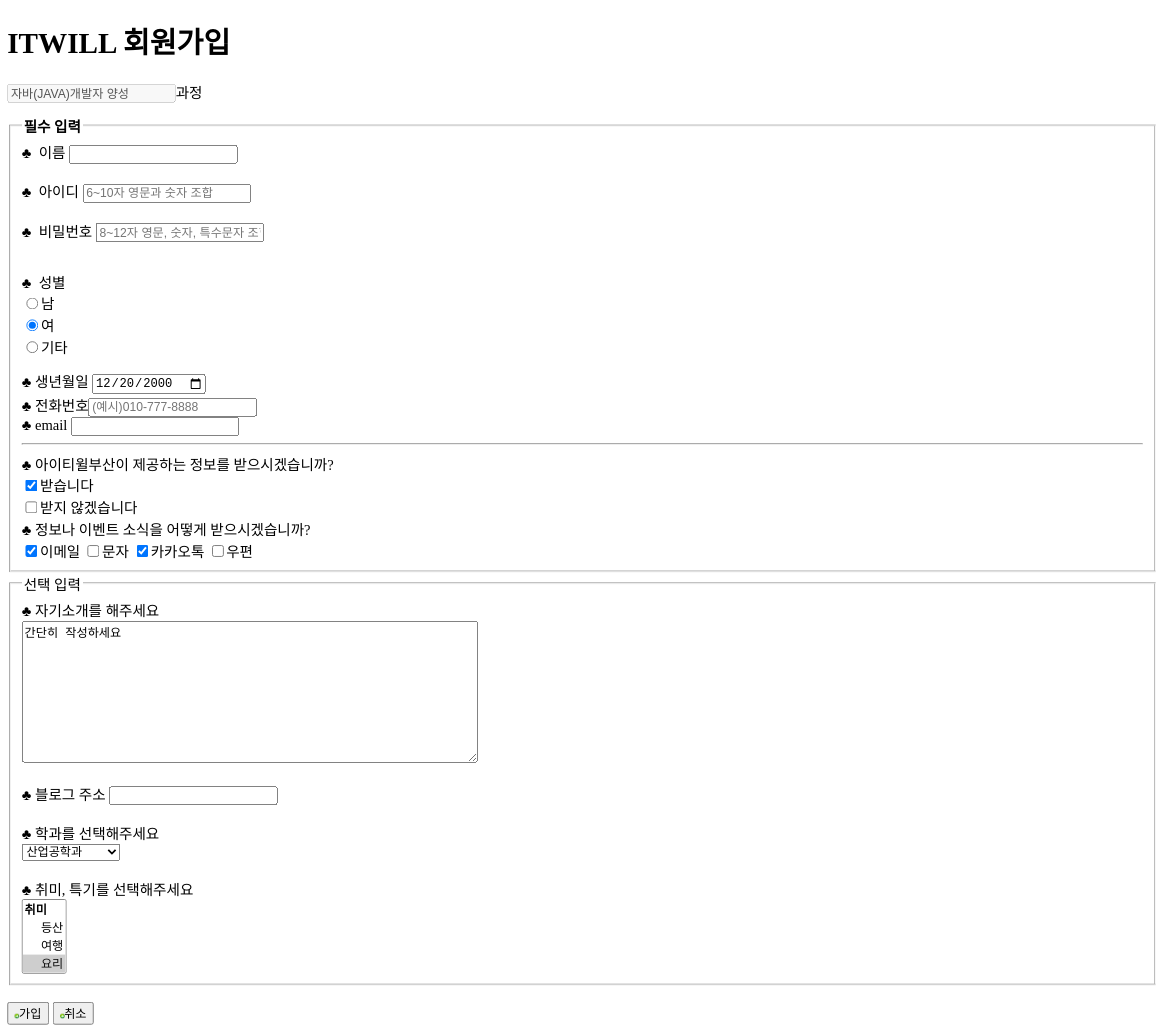
Repository: ReadStar/Web
Page: Html/html5/WebContent/form-test.html
An editor plug-in stored every save of this project. The page is shown before and after a run of saves, followed by the edit.
The browser window is 1280 px wide. The pictures show the whole page, at 91% of full size.

Above is the page before, as saved 2020-08-13 12:21:30.

After the next 2 saves:
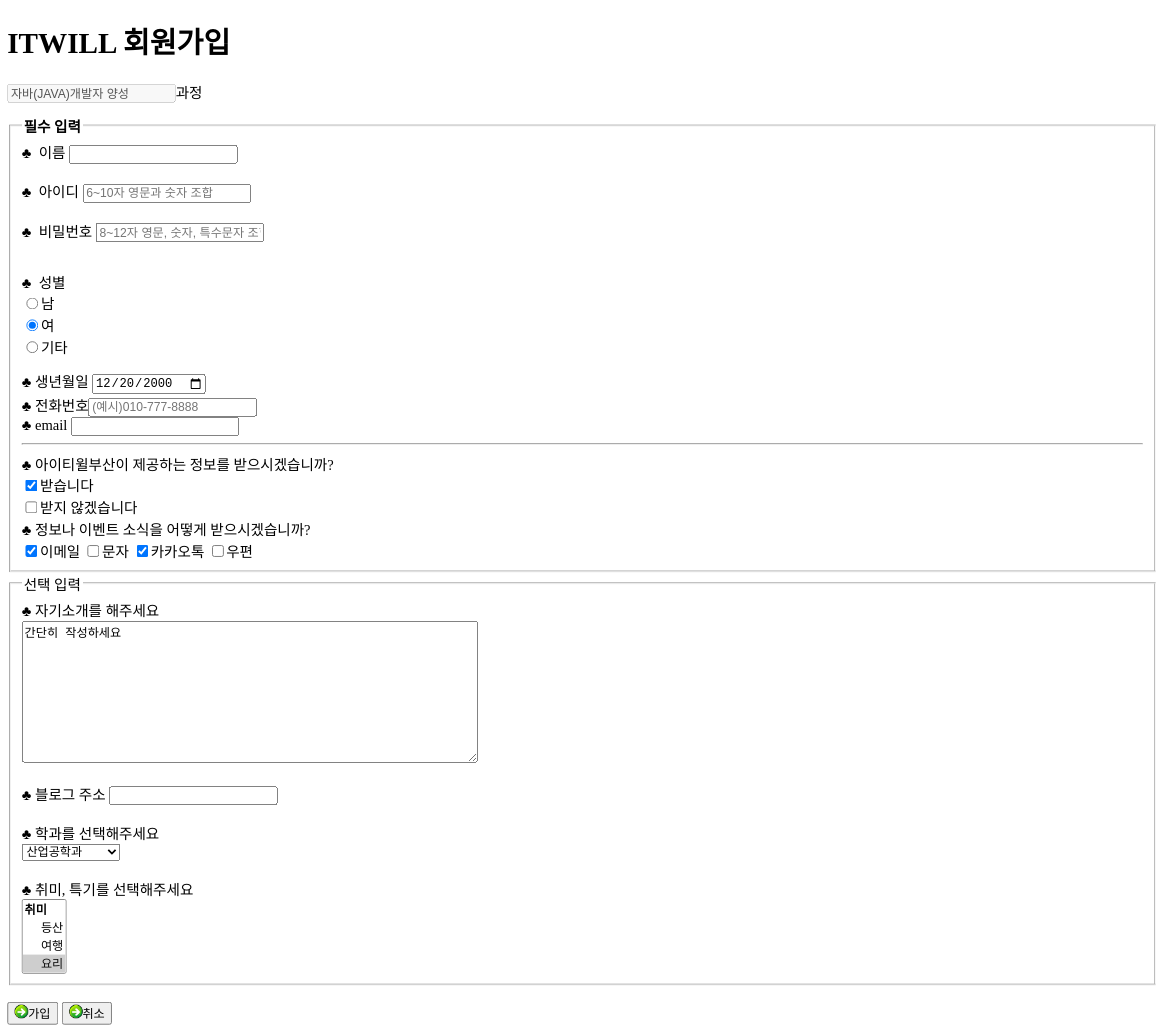
The 2 saves are shown as one change because they came seconds apart.
The last was saved 18 s later.
--- a/Html/html5/WebContent/form-test.html
+++ b/Html/html5/WebContent/form-test.html
@@ -62,7 +62,7 @@
 </optgroup>
 </select>
 </fieldset><br>
-	<button><img alt="alt" src="img.gif" width="5">가입</button>
-	<button><img alt="alt" src="img.gif" width="5">취소</button>
+	<button><img alt="alt" src="img.gif" width="15">가입</button>
+	<button><img alt="alt" src="img.gif" width="15">취소</button>
 </body>
 </html>
